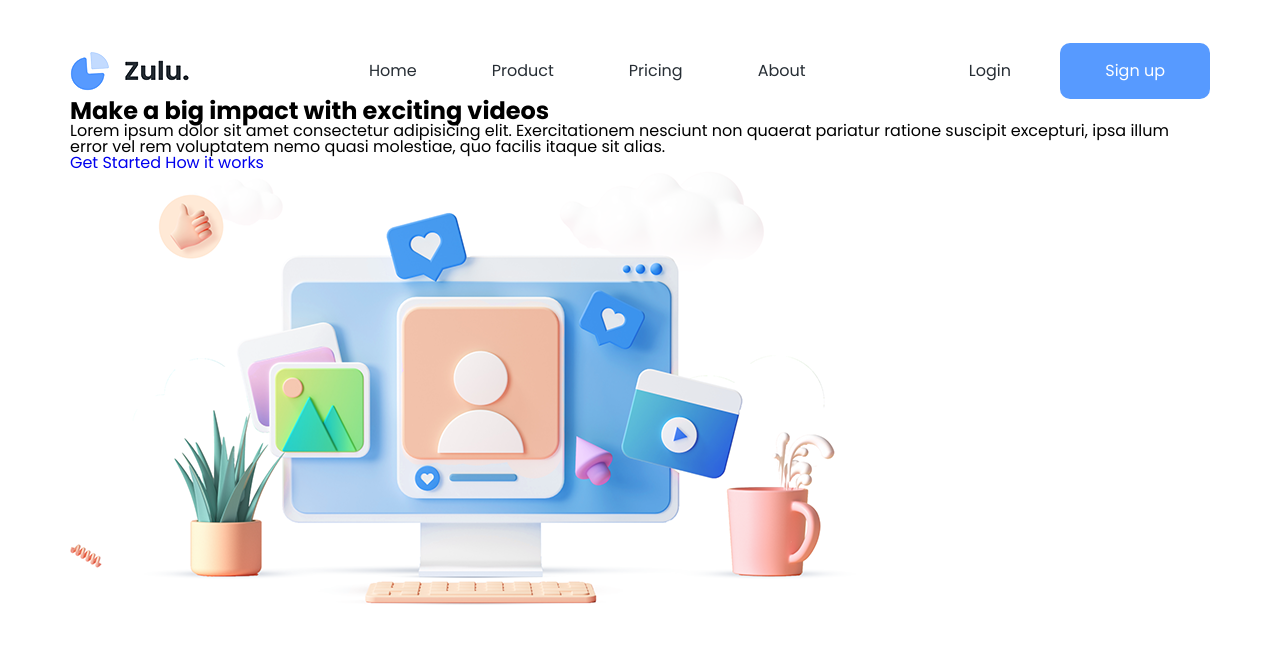
Repository: baodien1405/zulu-landing-page
Page: index.html
The author's editor kept a copy of each file at every save. The page is drawn from the files as they stood at one save, then again after the next save.
The browser window is 1280 px wide. The pictures show the whole page.
The style sheet was rebuilt from its Sass, Less or Tailwind sources for each picture, by a compiler version that may differ from the author's.

Above is the page before, as saved 2021-06-22 15:37:29.

### index.html
<!DOCTYPE html>
<html lang="en">
<head>
  <meta charset="UTF-8">
  <meta http-equiv="X-UA-Compatible" content="IE=edge">
  <meta name="viewport" content="width=device-width, initial-scale=1.0">
  <link rel="preconnect" href="https://fonts.gstatic.com">
  <link href="https://fonts.googleapis.com/css2?family=Poppins:wght@300;400;600;700&display=swap" rel="stylesheet">
  <link rel="stylesheet" href="./styles.css">
  <title>Zulu</title>
</head>
<body>
  <div class="wrapper">
    <div class="container">
      <header class="header">
        <a href="index.html" class="header-logo">
          <img src="/images/logo.png" alt="" class="header-logo-image">
        </a>
        <ul class="header-menu">
          <li class="header-menu-item">
            <a href="#" class="header-menu-link">Home</a>
          </li>
          <li class="header-menu-item">
            <a href="#" class="header-menu-link">Product</a>
          </li>
          <li class="header-menu-item">
            <a href="#" class="header-menu-link">Pricing</a>
          </li>
          <li class="header-menu-item">
            <a href="#" class="header-menu-link">About</a>
          </li>
        </ul>
        <div class="header-auth">
          <a href="#" class="button">Login</a>
          <a href="#" class="button button--primary">Sign up</a>
        </div>
      </header>

      <section class="banner">
        <div class="banner-info">
          <h1 class="banner-heading">
            Make a big impact with exciting videos
          </h1>
          <p class="banner-desc">
            Lorem ipsum dolor sit amet consectetur adipisicing elit. Exercitationem nesciunt non quaerat pariatur ratione suscipit excepturi, ipsa illum error vel rem voluptatem nemo quasi molestiae, quo facilis itaque sit alias.
          </p>
          <div class="banner-links">
            <a href="#" class="button button--primary">Get Started</a>
            <a href="#" class="button button--outline">How it works</a>
          </div>
        </div>
        <img src="./images/img1.png" alt="" class="banner-image">
      </section>
    </div>
  </div>
</body>
</html>

### styles.scss
$gray-dark: #272e35;
$primary-color: #579aff;
* {
  margin: 0;
  padding: 0;
  box-sizing: border-box;
}

body {
  overflow-x: hidden;
}

img {
  display: block;
  max-width: 100%;
}

a {
  text-decoration: none;
}

body {
  font-family: "Poppins", sans-serif;
  font-size: 16px;
  line-height: 1;
  background-color: #fff;
}

.wrapper {
  max-width: 1440px;
  margin: 0 auto;
}

.container {
  max-width: 1170px;
  padding: 0 15px;
  margin: 0 auto;
}

.header {
  padding-top: 43px;
  display: flex;
  align-items: center;

  &-logo {
    display: block;
    margin-right: 180px;
  }

  &-menu {
    display: flex;
    align-items: center;
    list-style: none;

    &-item:not(:first-child) {
      margin-left: 75px;
    }

    &-link {
      color: $gray-dark;
      transition: color 0.2s ease-in-out;
      &:hover {
        color: $primary-color;
      }
    }
  }

  &-auth {
    margin-left: auto;

    .button {
      display: inline-block;
      font-size: 16px;
      padding: 20px 45px;
      color: $gray-dark;
      background-color: transparent;
      border-radius: 10px;

      &--primary {
        color: #fff;
        background-color: $primary-color;
      }
    }
  }

}

After the next save:
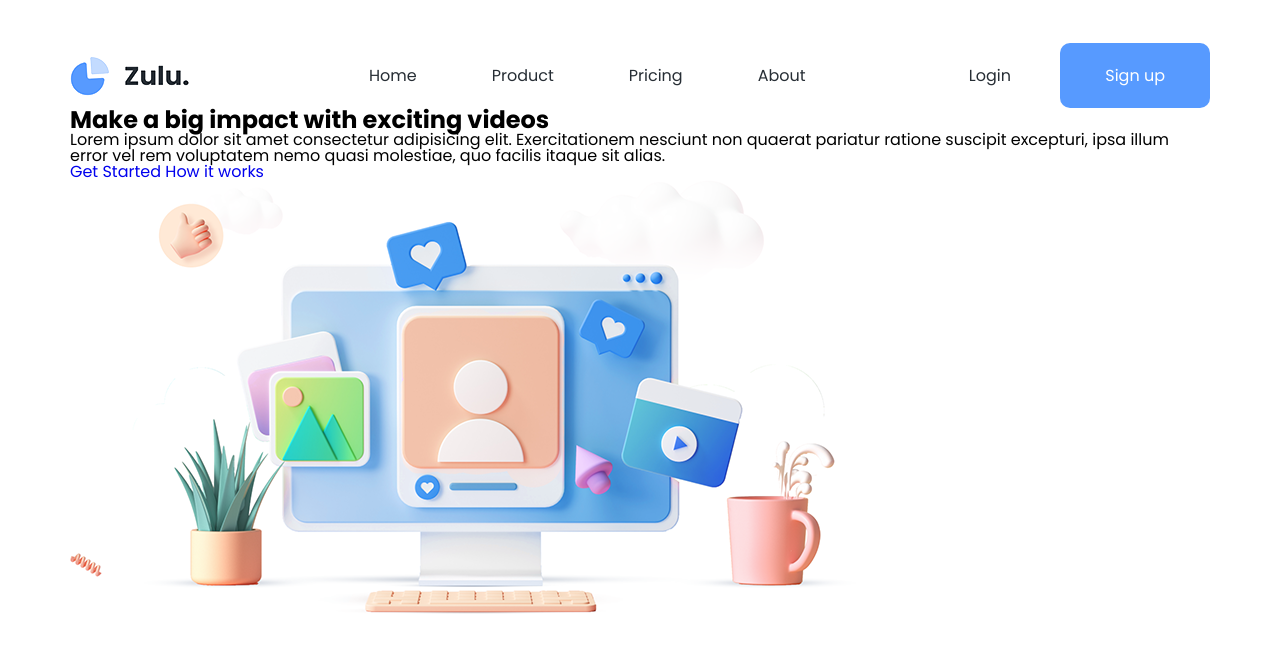
Saved 69 s later.
--- a/styles.scss
+++ b/styles.scss
@@ -75,7 +75,7 @@ body {
       color: $gray-dark;
       background-color: transparent;
       border-radius: 10px;
-
+      line-height: normal;
       &--primary {
         color: #fff;
         background-color: $primary-color;
